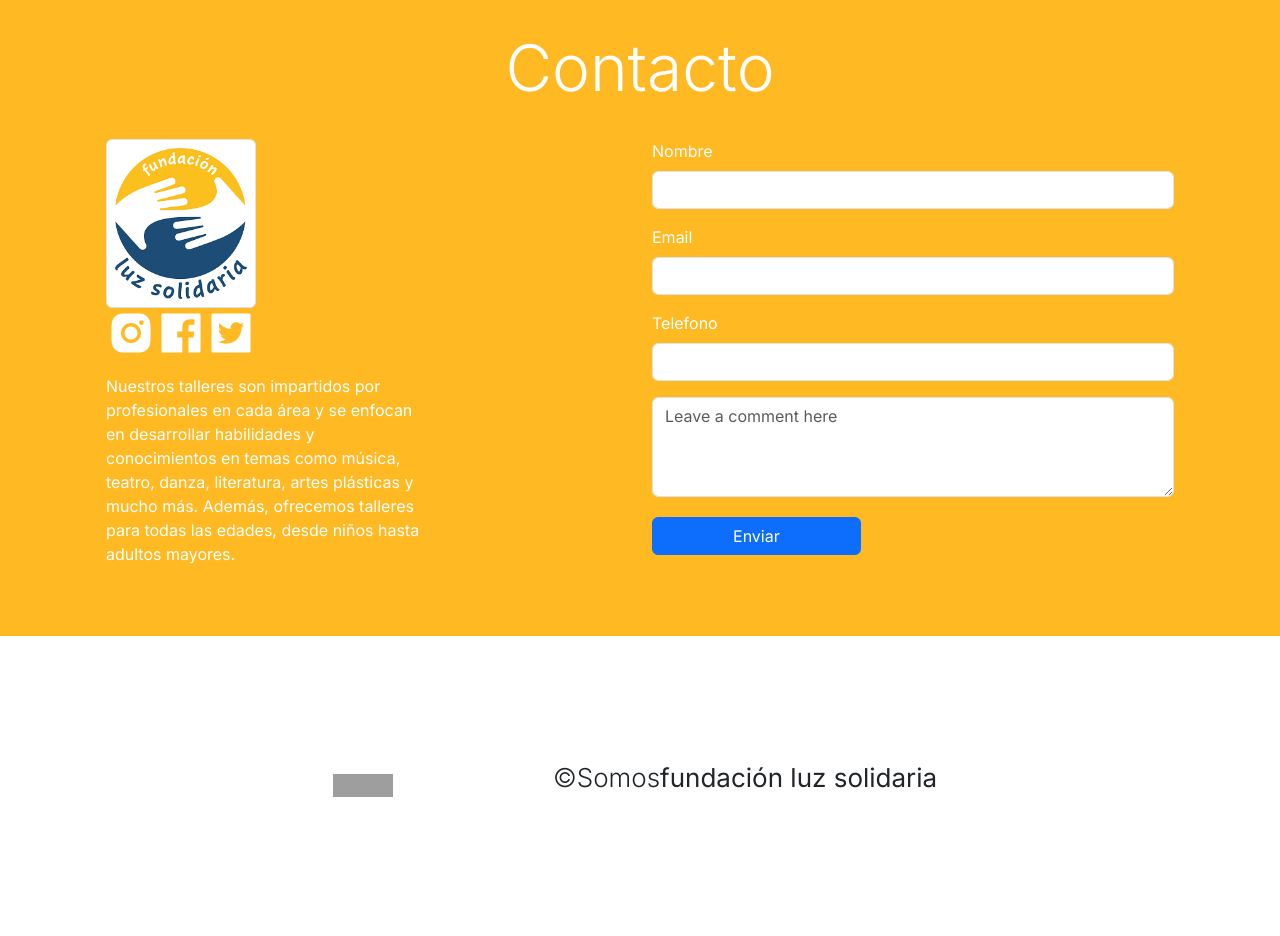
Repository: JtoralesK/dwf11
Page: /
An editor plug-in stored every save of this project. The page is shown before and after the next save, followed by the edit.
The browser window is 1280 px wide. The pictures show the whole page.
Pictures or frames that could not be fetched are drawn as grey boxes. The project was rebuilt for these pictures with package versions that can differ from the ones it lists, and the page was loaded fresh each time. The framework's server and built-in components were replaced by stand-ins that run in the browser. Also part of the build but not shown: next.config.js.

Above is the page before, as saved 2023-05-31 19:05:44.

After the next save:
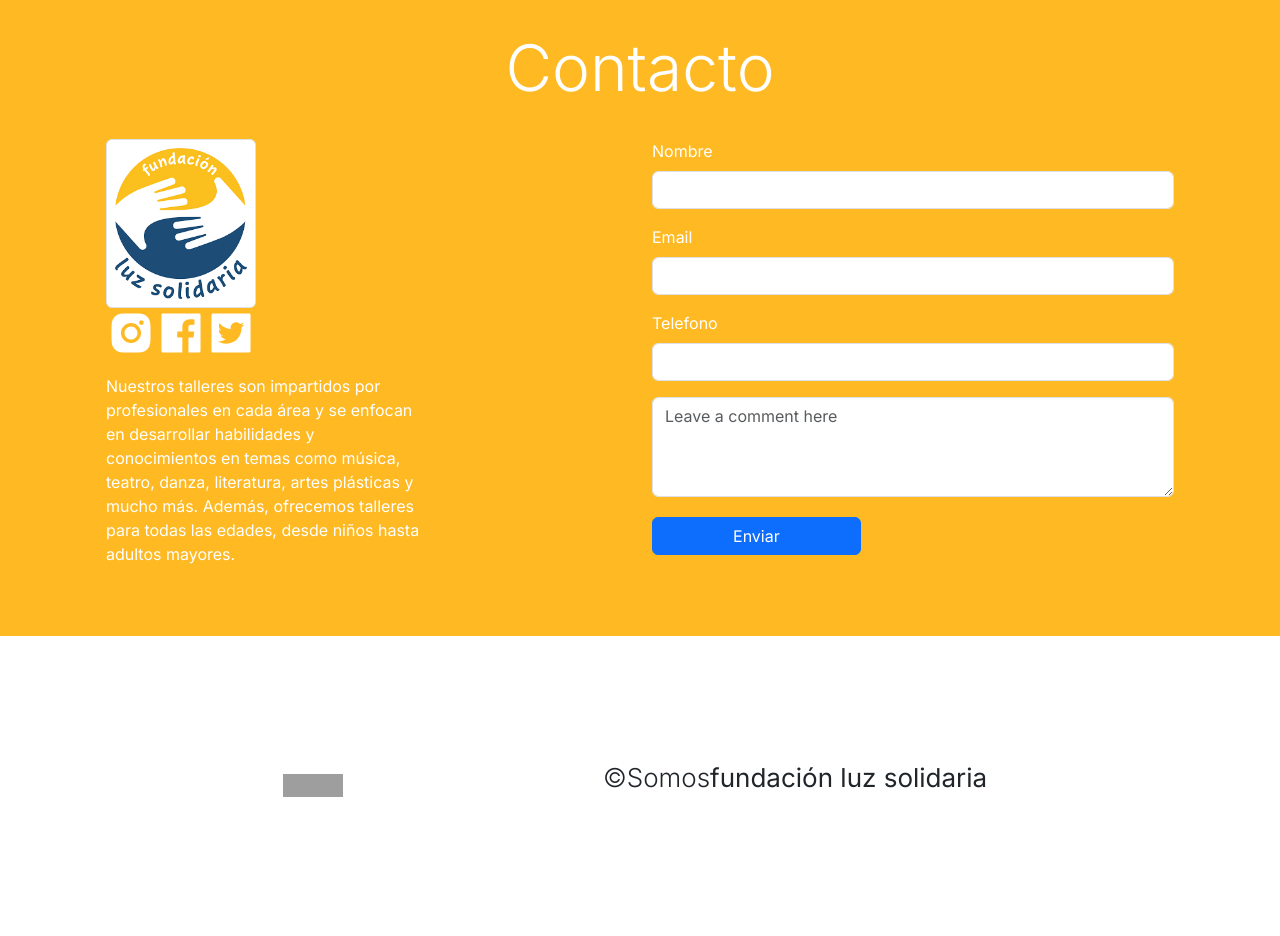
Saved 4 s later.
--- a/src/app/components/footer/style.css
+++ b/src/app/components/footer/style.css
@@ -21,7 +21,7 @@
     padding: 10px;
 }
 .redes-sociales{
-    margin-right: 150px;
+    margin-right: 250px;
 }
 .title-copy {
     text-align: center;
